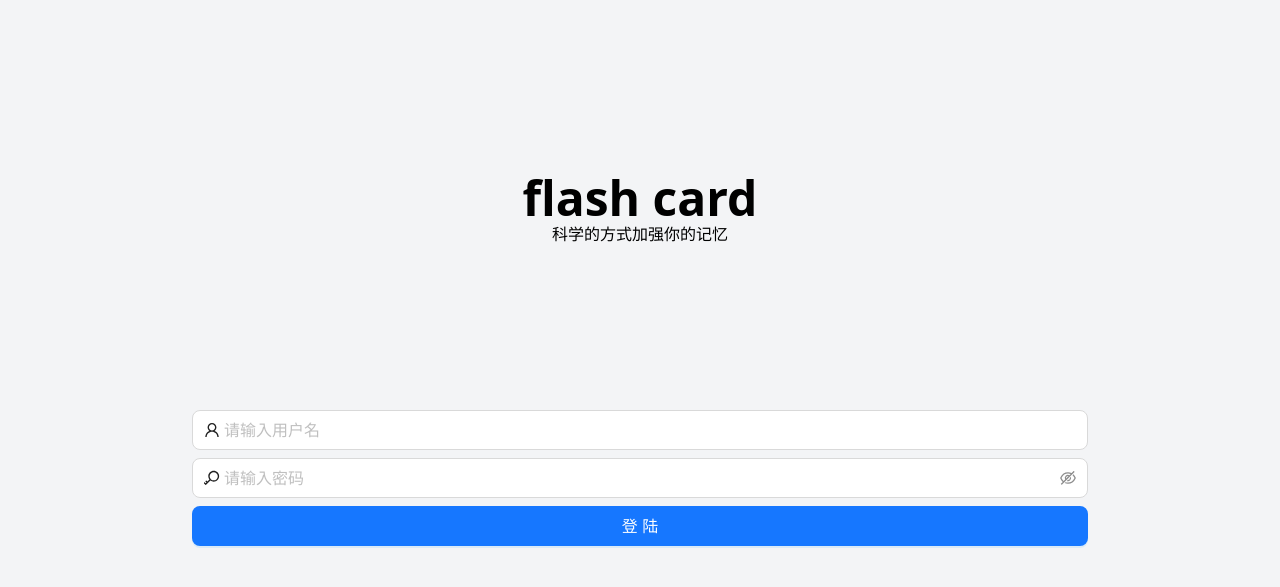
Repository: wujieli0207/tiny-flash-card
Page: /#/login
An editor plug-in stored every save of this project. The page is shown before and after the next save, followed by the edit.
The browser window is 1280 px wide. The pictures show the whole page.
The project was rebuilt for these pictures with package versions that can differ from the ones it lists, and the page was loaded fresh each time. Also part of the build but not shown: vite.config.ts.

Above is the page before, as saved 2023-06-11 18:32:35.

After the next save:
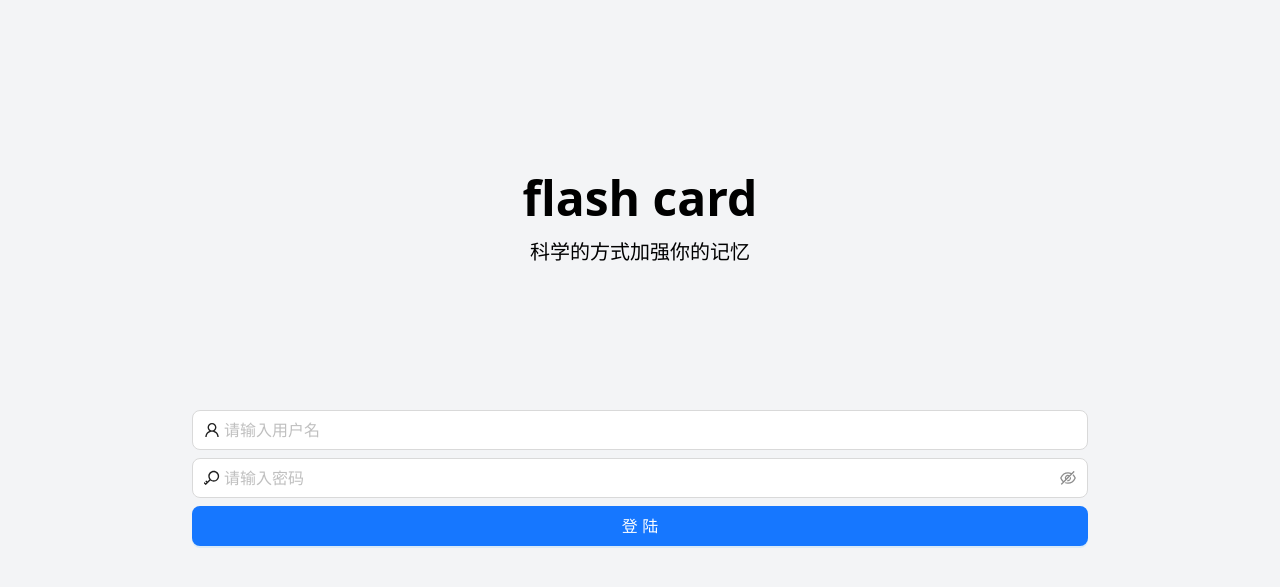
Saved 20 s later.
--- a/src/client/pages/login.tsx
+++ b/src/client/pages/login.tsx
@@ -35,7 +35,9 @@ const Login = () => {
 
       <header className="w-screen text-center min-h-[236px]">
         <div className="text-5xl font-bold text-mainColor">flash card</div>
-        <div>科学的方式加强你的记忆</div>
+        <div className="mt-4 text-xl text-mainColor">
+          科学的方式加强你的记忆
+        </div>
       </header>
 
       <div className="w-[70%]">
